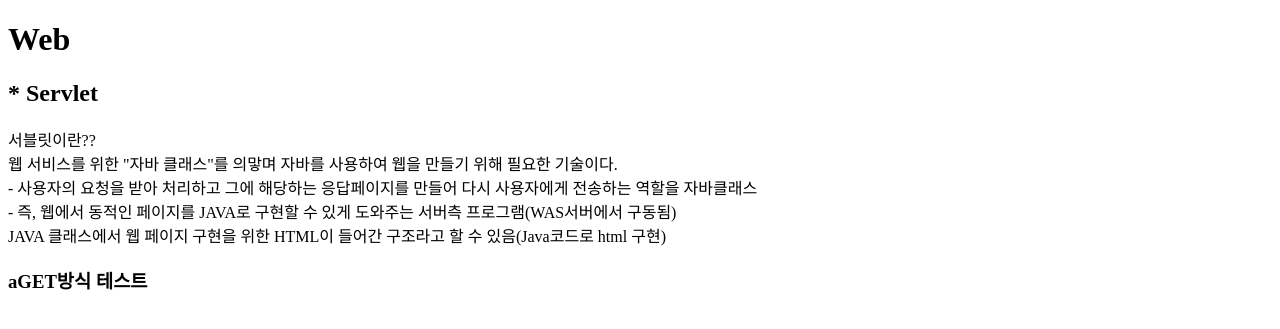
Repository: SSHwan22/web-workspace
Page: 1_Servlet/WebContent/index.html
These files come from the project's save history. The page is drawn as it stood at one moment and after the next save; the edit follows.
The browser window is 1280 px wide. The pictures show the whole page.

Above is the page before, as saved 2023-02-07 06:01:00.

After the next save:
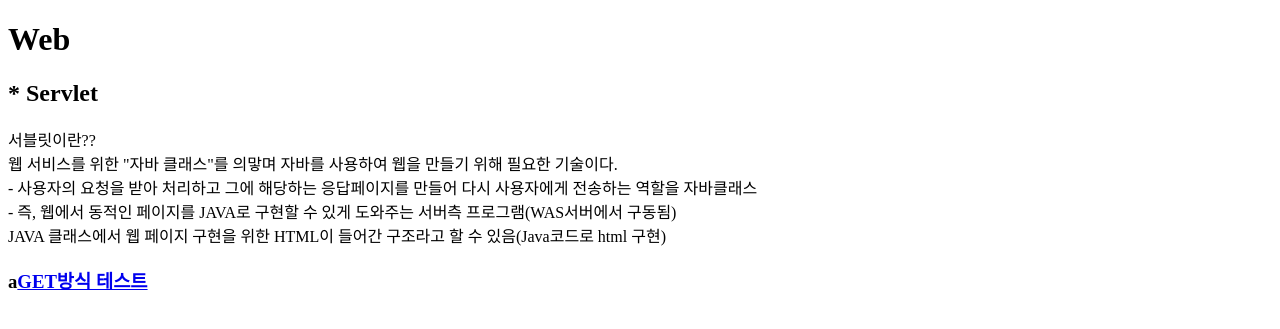
Saved 14 s later.
--- a/1_Servlet/WebContent/index.html
+++ b/1_Servlet/WebContent/index.html
@@ -17,6 +17,6 @@
 		  JAVA 클래스에서 웹 페이지 구현을 위한 HTML이 들어간 구조라고 할 수 있음(Java코드로 html 구현)
 	</p>
 
-	<h3>a<a herf="./views/requestTest_GET.html">GET방식 테스트</a></h3>
+	<h3>a<a href="./views/requestTest_GET.html">GET방식 테스트</a></h3>
 </body>
 </html>
